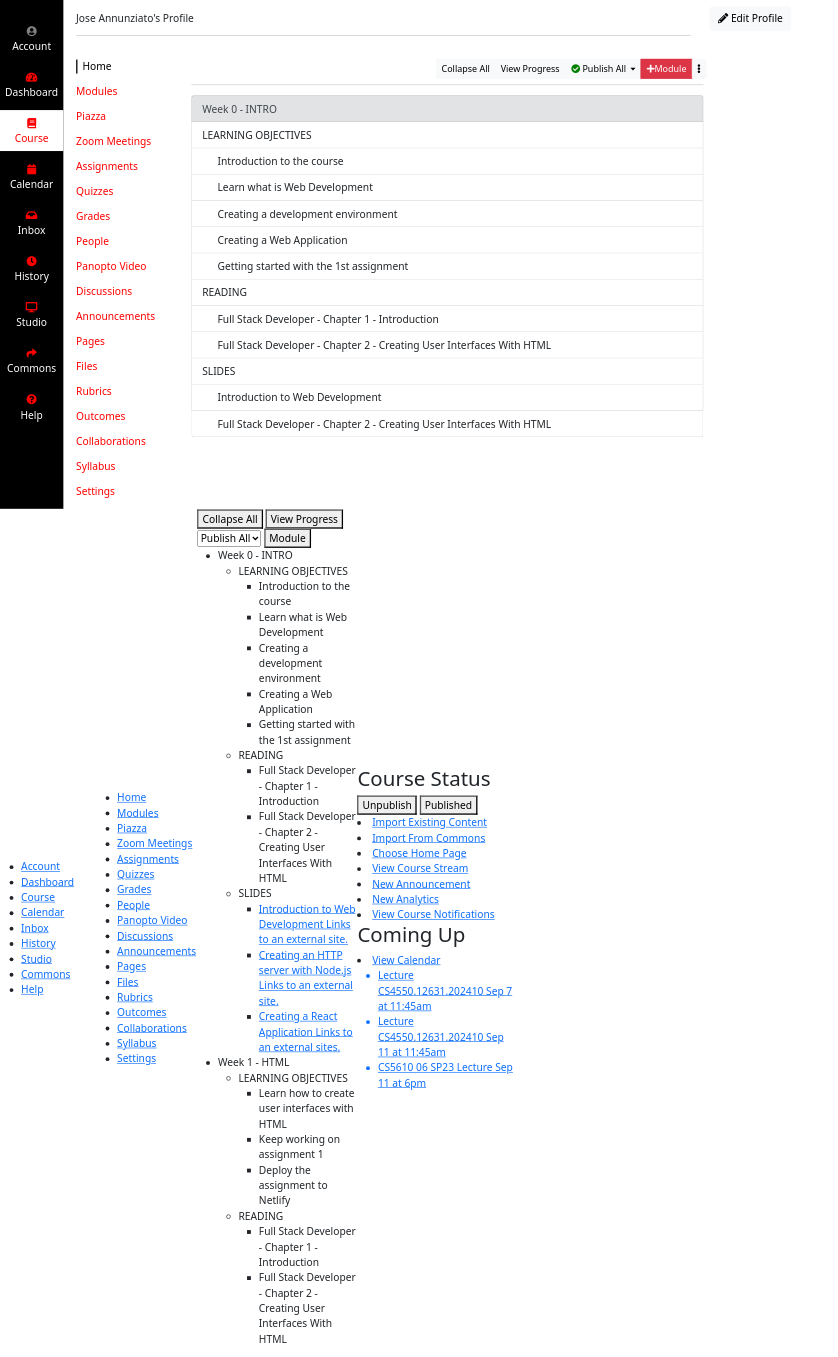
Repository: yuqiant/kanbas-react-web-app
Page: public/kanbas/home.html
The author's editor kept a copy of each file at every save. The page is drawn from the files as they stood at one save, then again after the next save.
The browser window is 1280 px wide. The page is 1280 px wide, then 1309 px, then 1280 px, so the pictures cover 1309 px, including what lies to the right of the window. The pictures show the whole page, at 64% of full size.

Above is the page before, as saved 2023-10-04 21:28:26.

After the next save:
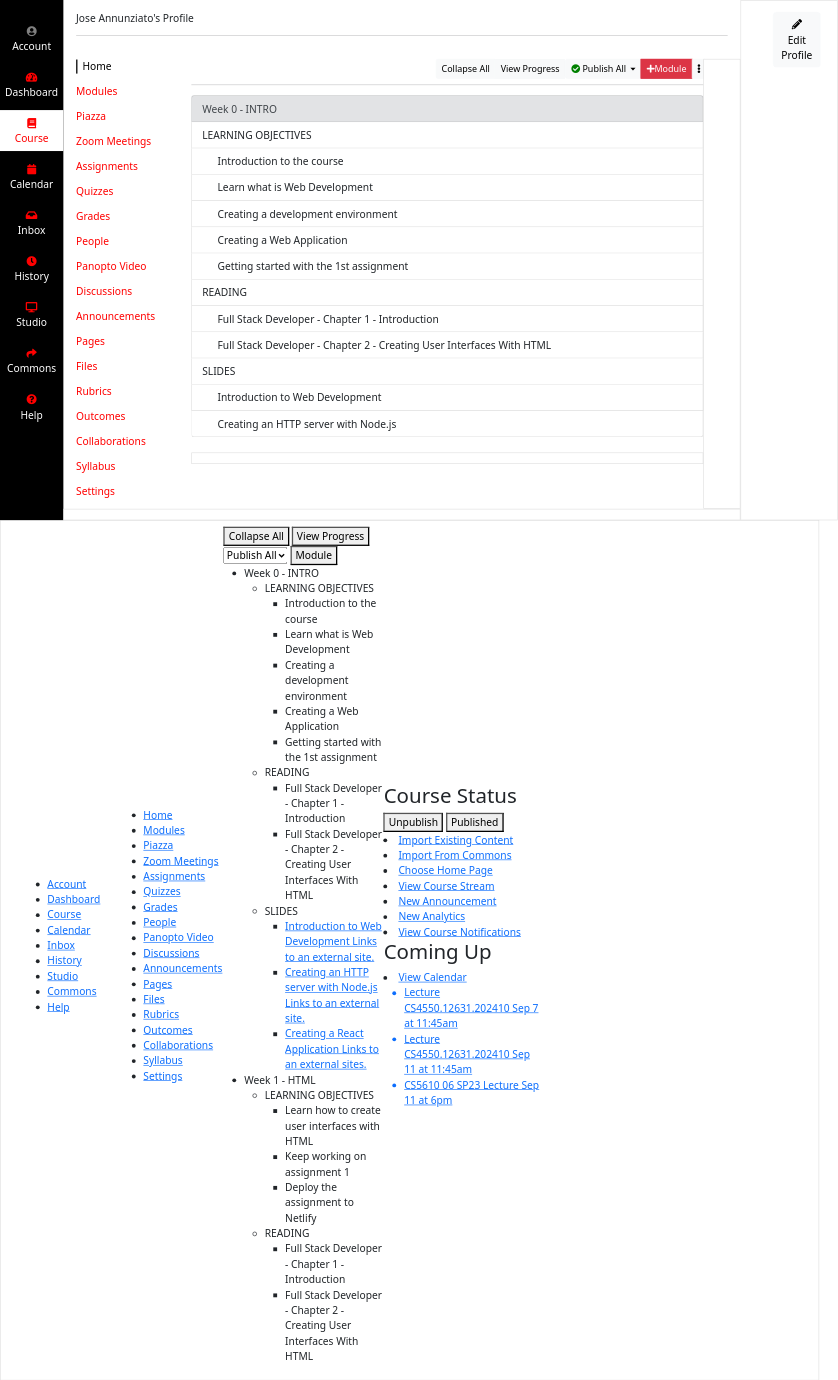
Saved 74 s later.
--- a/public/kanbas/home.html
+++ b/public/kanbas/home.html
@@ -130,10 +130,9 @@
 
 
                         <a href="#" class="list-group-item">SLIDES</a>
-                        <li class="list-group-item custom-indent">Introduction to Web Development</li>
-                        <li class="list-group-item custom-indent">Full Stack Developer - Chapter 2 - Creating User
-                            Interfaces With
-                            HTML</li>
+                        <a href="#" class="list-group-item custom-indent">Introduction to Web Development</li>
+                            <a href="#" class="list-group-item custom-indent">Creating an HTTP server with Node.js
+                                </li>
 
                     </div>
 

After the 2 saves that followed:
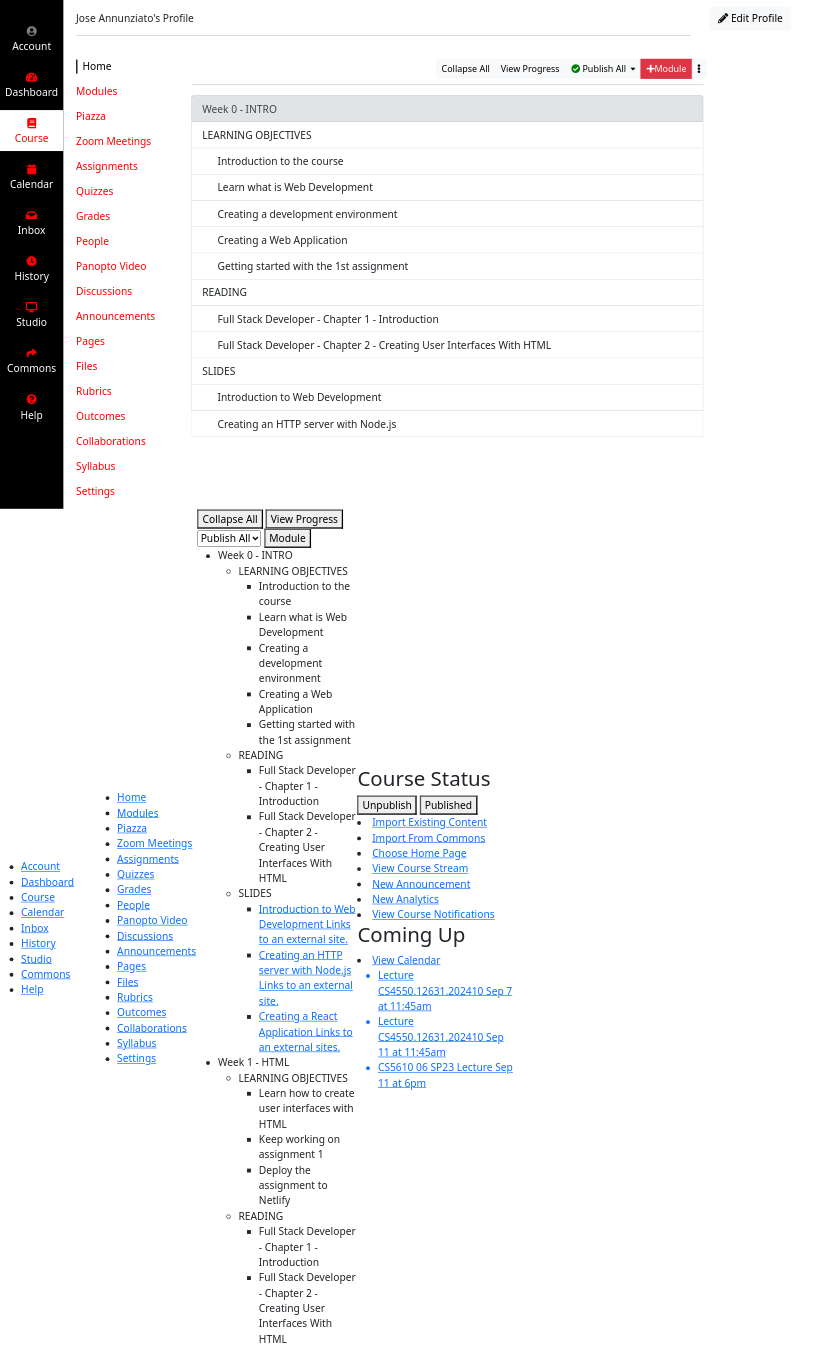
The 2 saves are shown as one change because 1 left the picture as it was.
The last was saved 45 s later.
--- a/public/kanbas/home.html
+++ b/public/kanbas/home.html
@@ -130,9 +130,9 @@
 
 
                         <a href="#" class="list-group-item">SLIDES</a>
-                        <a href="#" class="list-group-item custom-indent">Introduction to Web Development</li>
-                            <a href="#" class="list-group-item custom-indent">Creating an HTTP server with Node.js
-                                </li>
+                        <a href="#" class="list-group-item custom-indent">Introduction to Web Development</a>
+                        <a href="#" class="list-group-item custom-indent">Creating an HTTP server with Node.js</a>
+
 
                     </div>
 
